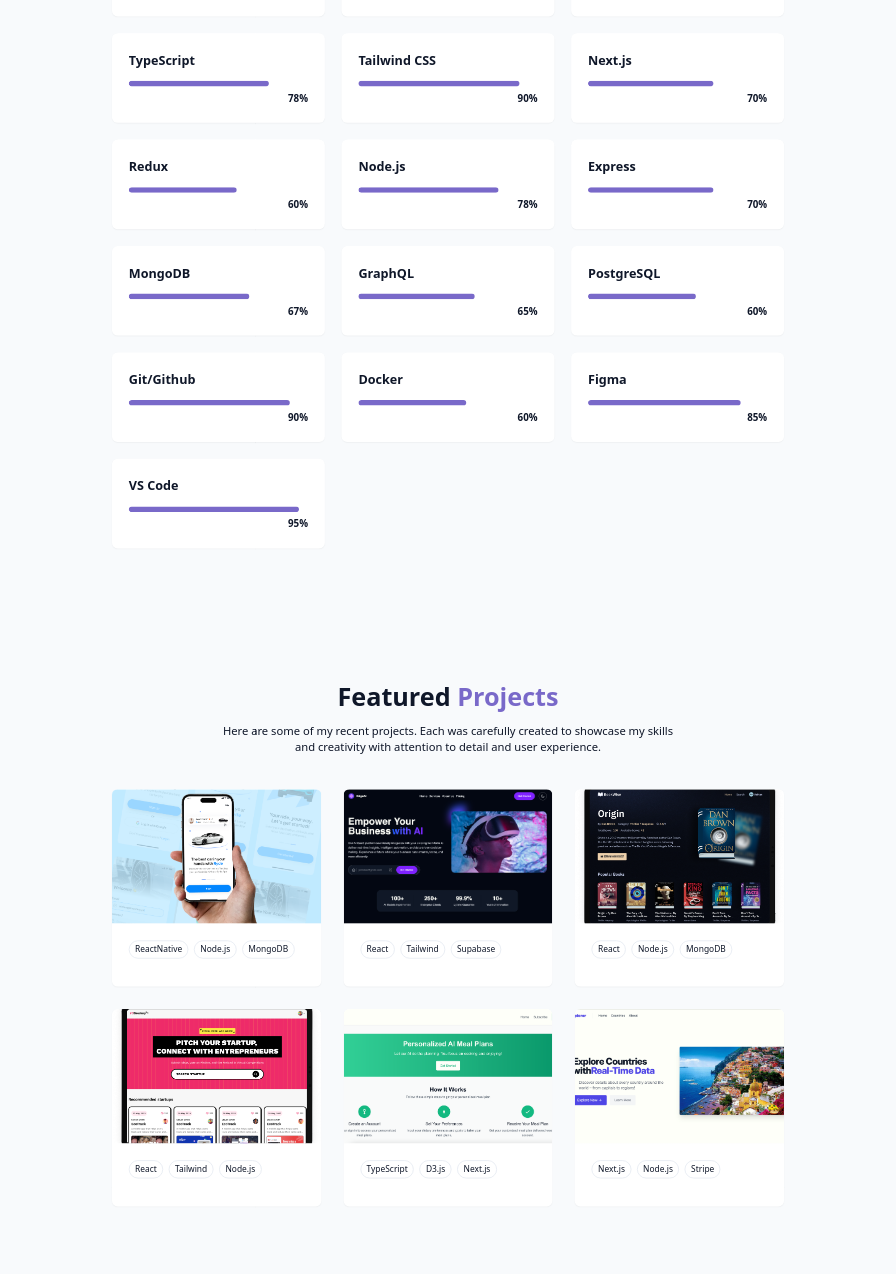
Repository: mOzariffard/Portfolio
Page: /
The author's editor kept a copy of each file at every save. The page is drawn from the files as they stood at one save, then again after the next save.
The browser window is 1280 px wide. The pictures show the part of the page from y = 1928 to 3848 px (the page is 3748 px tall before and 3848 px after), at 70% of full size.
The project was rebuilt for these pictures with package versions that can differ from the ones it lists, and the page was loaded fresh each time. Also part of the build but not shown: vite.config.js, src/pages/NotFound.jsx.

Above is the page before, as saved 2025-06-29 21:12:30.

After the next save:
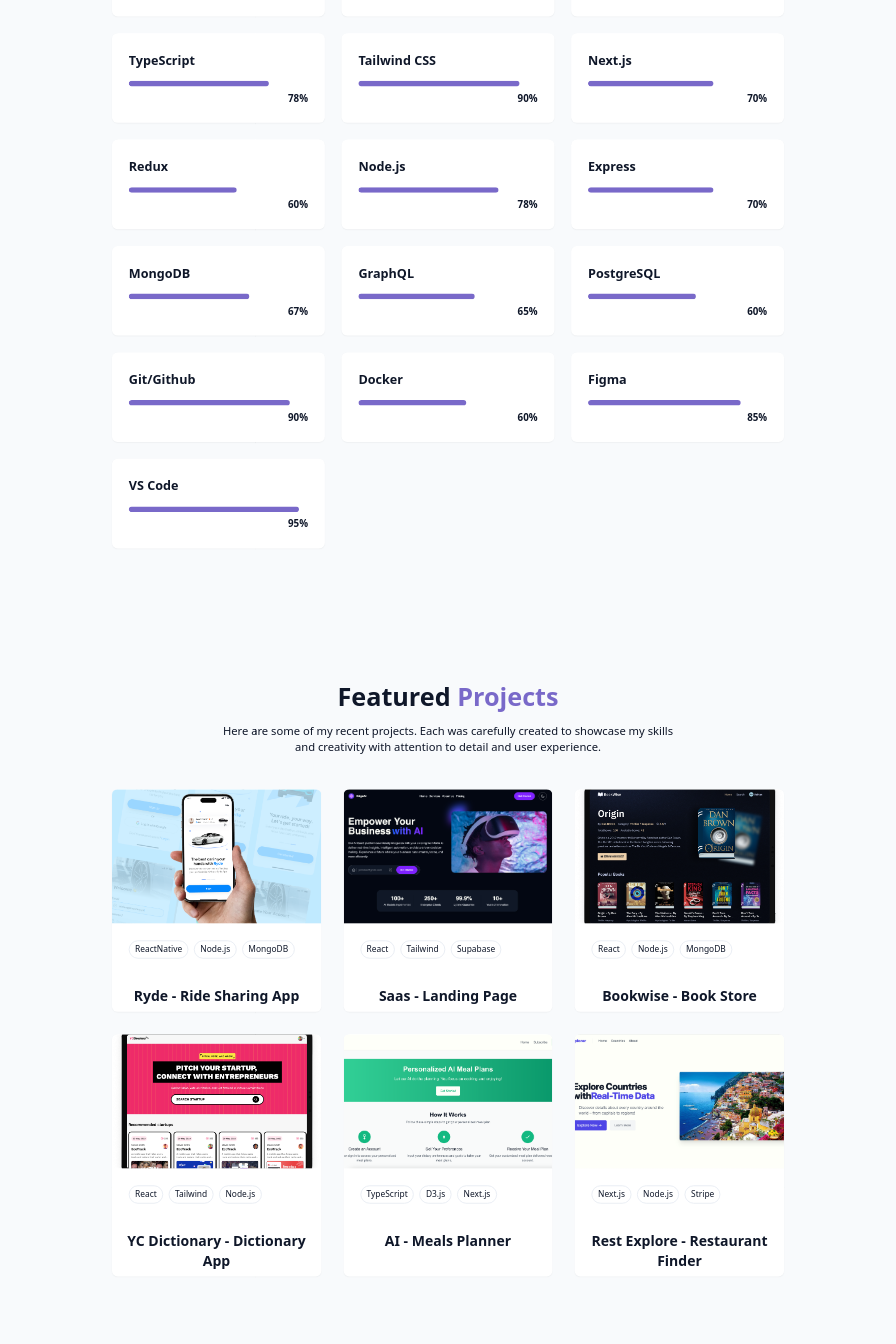
Saved 2 min 32 s later.
--- a/src/components/ProjectSection.jsx
+++ b/src/components/ProjectSection.jsx
@@ -131,6 +131,8 @@ const ProjectSection = () => {
                                     ))}
                                 </div>
                             </div>
+
+                            <h3 className='text-xl font-semibold mb-2'> {project.title} </h3>
                         </div>
                     ))}
                 </div>
